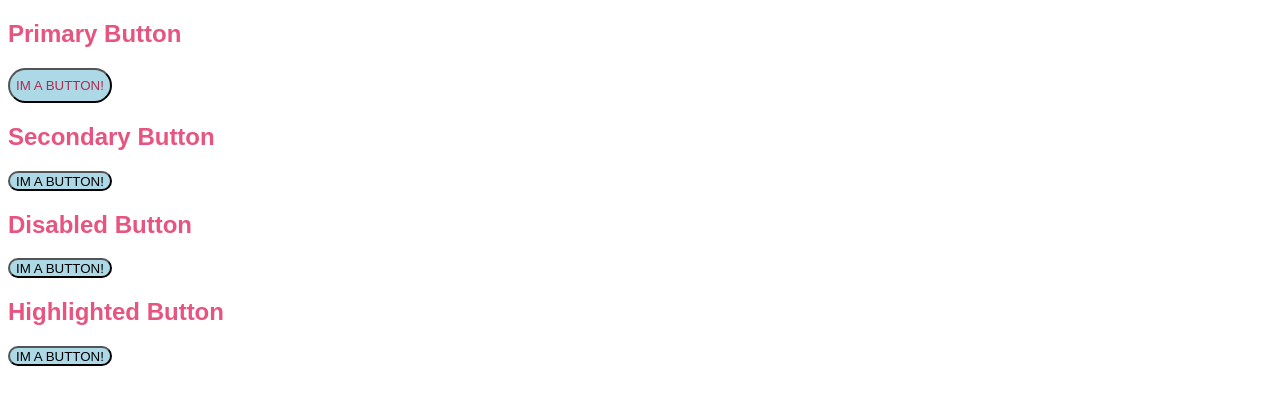
Repository: Jvien2/3126-repo
Page: index.html
These files come from the project's save history. The page is drawn as it stood at one moment and after the next save; the edit follows.
The browser window is 1280 px wide. The pictures show the whole page.

Above is the page before, as saved 2026-10-01 01:03:40.
Not found: code.js

### index.html
<!DOCTYPE html>
<html lang="en">
<head>
    <meta charset="UTF-8">
    <meta name="viewport" content="width=device-width, initial-scale=1.0">
    <title>Assignment 1</title>
    <link rel="stylesheet" href="style.css">
    <script src="code.js" defer></script>
</head>
<body>
    <!-- regular button -->
    <!-- <h2>No Modifier</h2>
        <button class="btn">IM A BUTTON!</button> -->

    <!-- prmary -->
    <h2>Primary Button</h2>
        <button class="btn btn-primary">IM A BUTTON!</button>

    <!-- secondary -->
    <h2>Secondary Button</h2>
         <button class="btn btn-secondary">IM A BUTTON!</button>

    <!-- disabled -->
    <h2>Disabled Button</h2>
         <button class="btn btn-disabled">IM A BUTTON!</button>

    <!-- highlighted -->
    <h2>Highlighted Button</h2>
         <button class="btn btn-highlight">IM A BUTTON!</button>

</body>
</html>

### style.css
h2 {
    color: #e75480;
    font-family: Arial, Helvetica, sans-serif;
}

.btn {
    width: fit-content;
    height: 20px;
    border-radius: 20px;
    background-color: lightblue;
}

.btn-primary {
    color:#ab2e53;
    height: 35px

}

After the next save:
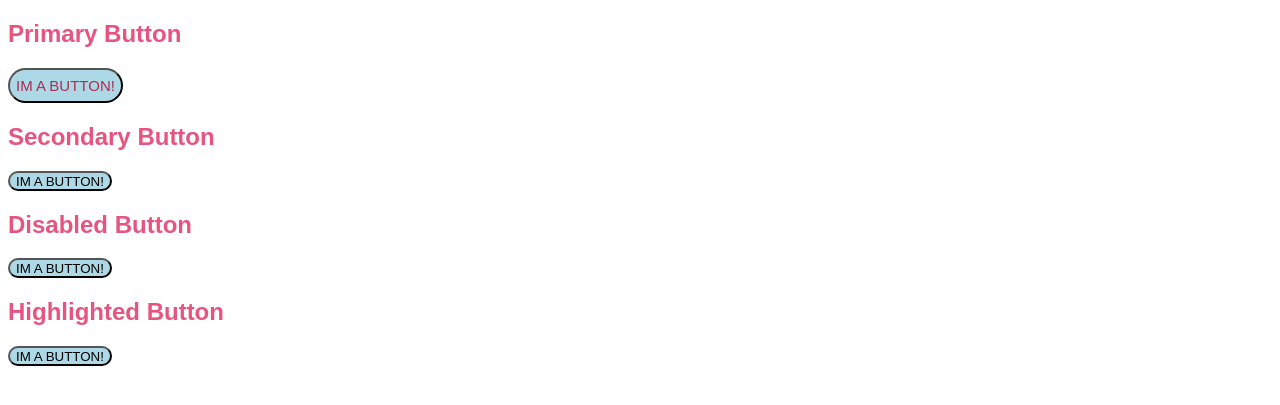
Saved 28 s later.
--- a/style.css
+++ b/style.css
@@ -12,6 +12,7 @@ h2 {
 
 .btn-primary {
     color:#ab2e53;
-    height: 35px
+    height: 35px;
+    font-size: 15px
 
 }
